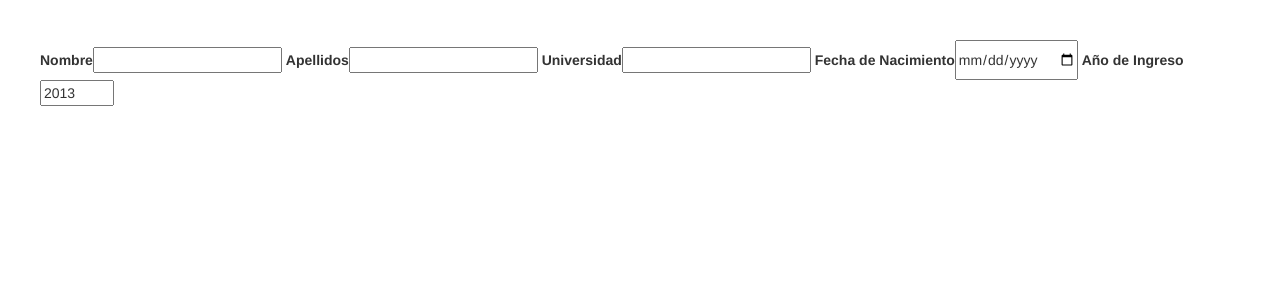
Repository: yoshitomimaehara/sdpa
Page: http://localhost/Sistema_de_Pruebas_Academicas/alumno_insertar.jsp
An editor plug-in stored every save of this project. The page is shown before and after the next save, followed by the edit.
The browser window is 1280 px wide. The pictures show the whole page.
The page is served by Tomcat 9.

Above is the page before, as saved 2013-10-06 19:48:42.
Console error: TypeError: $(...).alert is not a function

After the next save:
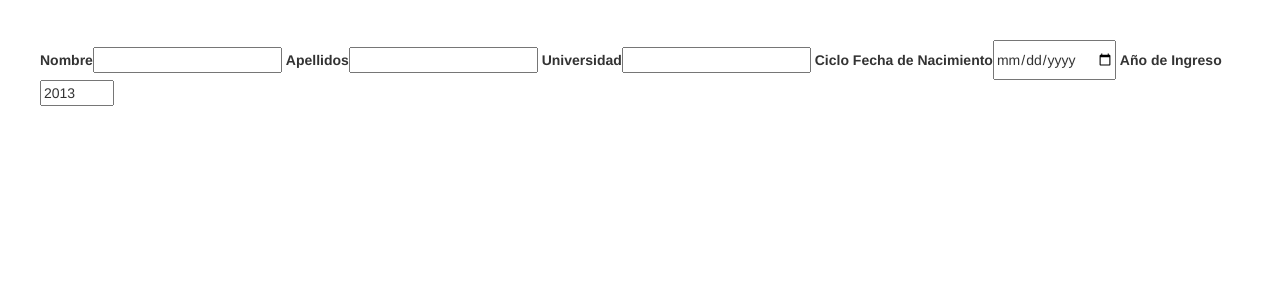
Saved 95 s later.
--- a/Web/Sistema de Pruebas Academicas/Sistema de Pruebas Academicas/WebContent/alumno_insertar.jsp
+++ b/Web/Sistema de Pruebas Academicas/Sistema de Pruebas Academicas/WebContent/alumno_insertar.jsp
@@ -15,6 +15,7 @@
 		<label>Nombre</label><input type="text" />
 		<label>Apellidos</label><input type="text"/>
 		<label>Universidad</label><input type="text"/>
+		<label>Ciclo</label>
 		<label>Fecha de Nacimiento</label><input type="date"/>
 		<label>Año de Ingreso</label><input type="number" min="2000" max="2013" value="2013">
 	</form>
